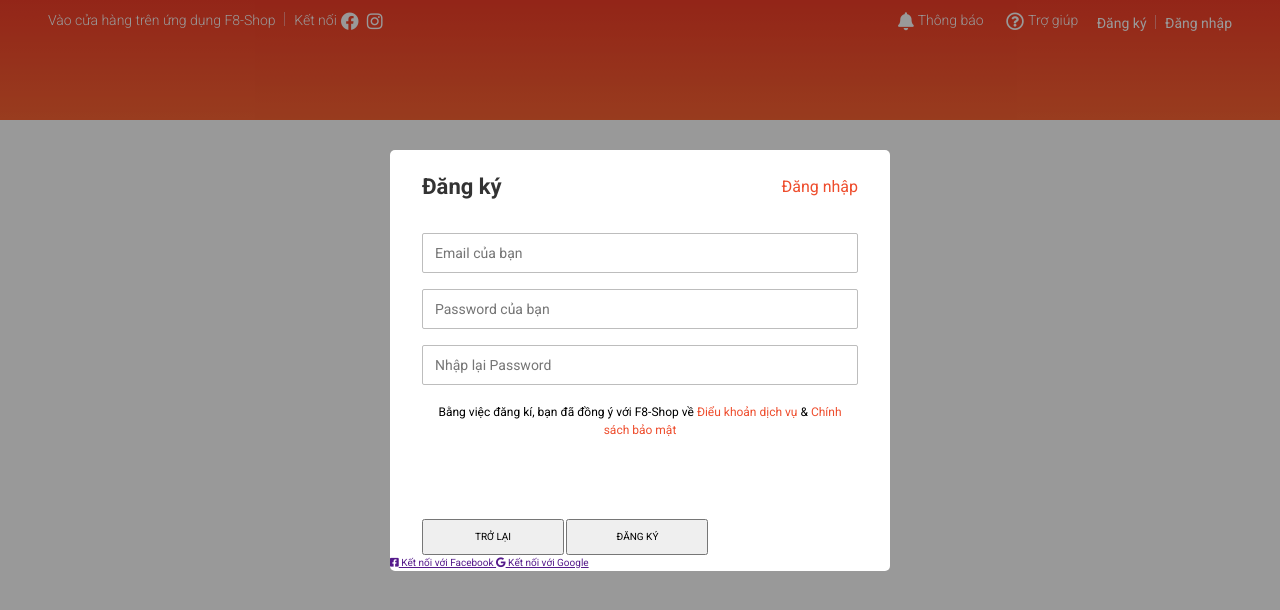
Repository: tvhoangit/tvhoangit.github.io
Page: Shoppe/index.html
An editor plug-in stored every save of this project. The page is shown before and after the next save, followed by the edit.
The browser window is 1280 px wide. The pictures show the whole page.

Above is the page before, as saved 2021-10-17 11:20:42.

After the next save:
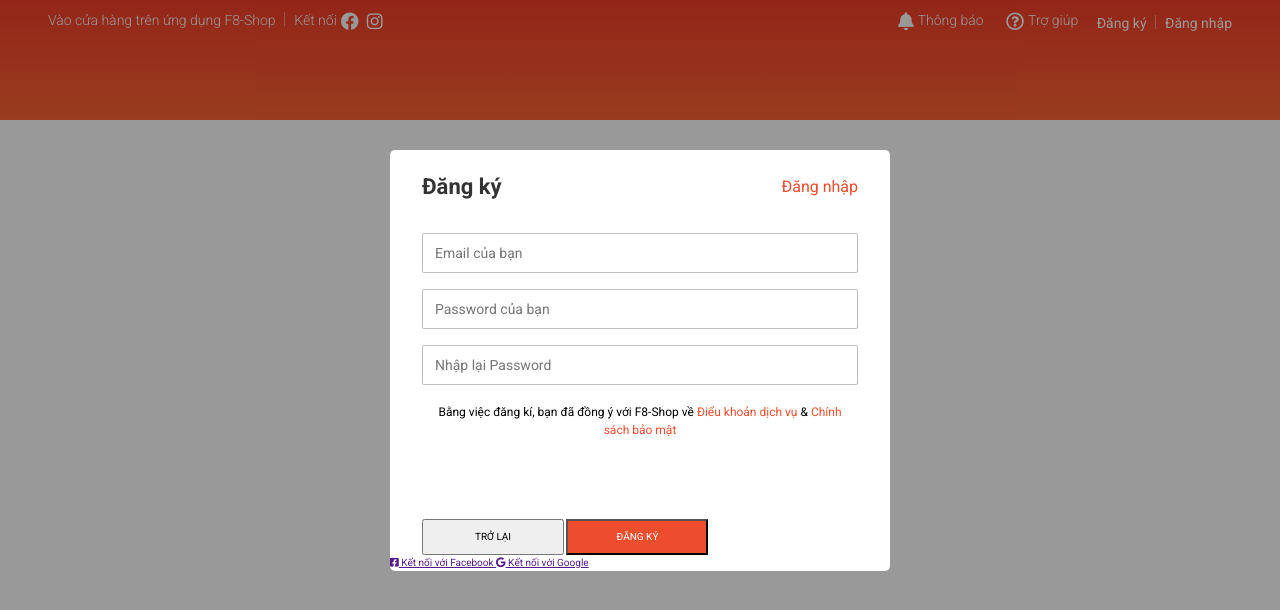
Saved 2 min 51 s later.
--- a/Shoppe/assets/css/base.css
+++ b/Shoppe/assets/css/base.css
@@ -69,3 +69,7 @@
     min-width: 142px;
     height: 36px;
 }
+.btn.btn--primary {
+    background-color: var(--primary-color);
+    color: var(--white-color);
+}
